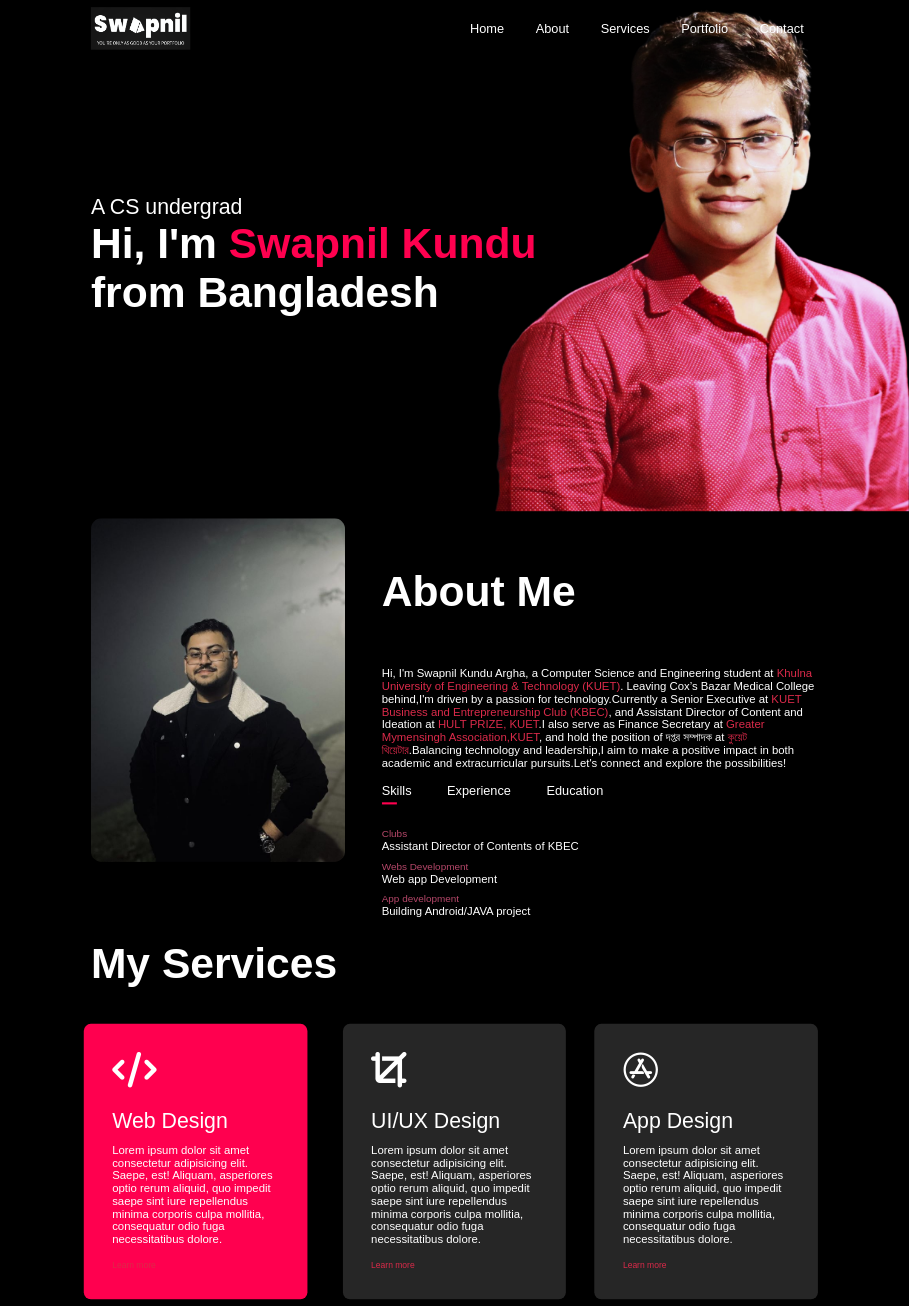
Repository: SwapnilKundu/portfolio
Page: index.html
An editor plug-in stored every save of this project. The page is shown before and after the next save, followed by the edit.
The browser window is 1280 px wide. The pictures show the whole page, at 71% of full size.
The pointer rests on the first visible `.services-list div`.
Some web libraries are served in a nearby version.

Above is the page before, as saved 2024-01-20 10:24:30.

### index.html
<!DOCTYPE html>
<html lang="en">
<head>
    <meta charset="UTF-8">
    <meta name="viewport" content="width=device-width, initial-scale=1.0">
    <title>Personal Portfolio Website</title>
    <link rel="stylesheet" href="style.css">
    <script src="https://kit.fontawesome.com/74456a4746.js" crossorigin="anonymous"></script>
</head>
<body>
  <div id="header">
    <div class="container">
        <nav>
            <img src="images/logo1.png" class="logo" width="40" height="60">
            <ul>
                <li><a href ="#">Home</a></li>
                <li><a href ="#">About</a></li>
                <li><a href ="#">Services</a></li>
                <li><a href ="#">Portfolio</a></li>
                <li><a href ="#">Contact</a></li>
            </ul>
        </nav>
        <div class="header-text">
            <p>A CS undergrad </p>
            <h1>Hi, I'm <span>Swapnil Kundu</span> <br> from Bangladesh</h1>
        </div>
    </div>
  </div>
  <div id="about">
    <div class="container">
        <div class="row">
            <div class="about-col-1">
                <img src="images/Aboutme4.jpg" alt="Profile Image">
            </div>
            <div class="about-col-2">
                <h1 class="sub-title"><br>About Me</h1>
                <p>
                    <br><br><br><br>Hi, I'm Swapnil Kundu Argha, a Computer Science and Engineering student at <a href="http://www.kuet.ac.bd/" target="_blank">Khulna University of Engineering & Technology (KUET)</a>. Leaving Cox’s Bazar Medical College behind,I'm driven by a passion for technology.Currently a Senior Executive at <a href="https://www.facebook.com/KBEC.official">KUET Business and Entrepreneurship Club (KBEC)</a>, and Assistant Director of Content and Ideation at <a href="https://scontent.fjsr8-1.fna.fbcdn.net/v/t39.30808-6/414475463_878653704262850_605489790676270348_n.jpg?_nc_cat=106&ccb=1-7&_nc_sid=dd5e9f&_nc_eui2=AeG7qaCzWQGluZMTMKWtrD6ipcnI0dawWuilycjR1rBa6PLkHzdtJERiOyrmRQaxy3TT_q5vz9qIQ5m4l8xfiGP6&_nc_ohc=qg8Pu4EAUVYAX9avaA_&_nc_ht=scontent.fjsr8-1.fna&oh=00_AfBZ6Lqa5248mqS64WxhR3KxGRhN1UCrqkgUgA0V5dsZlw&oe=65AF45DF">HULT PRIZE, KUET</a>.I also serve as Finance Secretary at <a href="#link-to-GMA">Greater Mymensingh Association,KUET</a>, and hold the position of দপ্তর সম্পাদক at <a href="#link-to-theater">কুয়েট থিয়েটার</a>.Balancing technology and leadership,I aim to make a positive impact in both academic and extracurricular pursuits.Let's connect and explore the possibilities!
                </p>

                <div class="tab-titles">
                    <p class="tab-links active" onclick="opentab('skills')">Skills</p>
                    <p class="tab-links" onclick="opentab('experience')">Experience</p>
                    <p class="tab-links"onclick="opentab('education')">Education</p>
            </div>
            <div class="tab-contents active-tab"id ="skills">
                <ul>
                    <li><span>Clubs</span><br>Assistant Director of Contents of KBEC</li>
                    <li><span>Webs Development</span><br>Web app Development</li>
                    <li><span>App development</span><br>Building Android/JAVA project</li>
                </ul>
            </div>
            <div class="tab-contents" id ="experience">
                <ul>
                    <li><span>2022-Current</span><br>An Active member of KBEC</li>
                    <li><span>2023-Semester 2.2</span><br>App Development by JAVA</li>
                    <li><span>2024-Semester 3.1</span><br>Web Development by HTML,CSS,JAVA</li>
                    <li><span>2022-Current</span><br>An Active member of KBEC</li>

                </ul>
            </div>

            <div class="tab-contents" id ="education">
                <ul>
                    <li><span>2018</span><br>SSC from Mymensingh Zilla School,Mymensingh</li>
                        <li><span>2020</span><br>HSC from Ananda Mohan College,Mymensingh</li>
                        <li><span>From March,2022</span><br>Currently studying BSc in CSE department</li>
                </ul>
            </div>
        </div>
    </div>
  </div>

  <div id="Services">
    <div class ="container">
    <h1 class="sub-title">My Services</h1>
    <div class ="services-list">

        <div>
            <i class="fa-solid fa-code"></i>
            <h2>
                Web Design
            </h2>
            <p>Lorem ipsum dolor sit amet consectetur adipisicing elit. Saepe, est! Aliquam, asperiores optio rerum aliquid, quo impedit saepe sint iure repellendus minima corporis culpa mollitia, consequatur odio fuga necessitatibus dolore.

            </p>
            <a href="#">Learn more</a>
        </div>
        <div>
            <i class="fa-solid fa-crop"></i>
            <h2>
                UI/UX Design
            </h2>
            <p>Lorem ipsum dolor sit amet consectetur adipisicing elit. Saepe, est! Aliquam, asperiores optio rerum aliquid, quo impedit saepe sint iure repellendus minima corporis culpa mollitia, consequatur odio fuga necessitatibus dolore.

            </p>
            <a href="#">Learn more</a>
        </div>
        <div>
            <i class="fa-brands fa-app-store"></i>
            <h2>

                App Design
            </h2>
            <p>Lorem ipsum dolor sit amet consectetur adipisicing elit. Saepe, est! Aliquam, asperiores optio rerum aliquid, quo impedit saepe sint iure repellendus minima corporis culpa mollitia, consequatur odio fuga necessitatibus dolore.

            </p>
            <a href="#">Learn more</a>
        </div>
        </div>
    </div>
  </div>
  <script>
    var tablinks = document.querySelectorAll(".tab-links");
    var tabcontents = document.querySelectorAll(".tab-contents");

    function opentab(tabname) {
        for (tablink of tablinks) {
            tablink.classList.remove("active-link");
        }

        for (tabcontent of tabcontents) {
            tabcontent.classList.remove("active-tab");
        }

        var activeTab = document.getElementById(tabname);
        activeTab.classList.add("active-tab");

        var activeLink = document.querySelector(`.tab-links[data-tab="${tabname}"]`);
        activeLink.classList.add("active-link");
    }
</script>

</body>
</html>

### style.css
*
{
    margin: 0;
    padding: 0;
    font-family: 'Poppins',sans-serif;
    box-sizing: border-box;
}

body
{
    background: #000;
    color: #fff;
}
#header
{
    width: 100%;
    height: 100vh;
    background-image: url(images/ccc2.png);
    background-size: cover;
    background-position: left;
    background-repeat: no-repeat;
    overflow: hidden;
}
.container
{
padding: 10px 10%;
}
nav{
    display: flex;
    align-items: center;
    justify-content: space-between;
    flex-wrap: wrap;
}
.logo{
    width: 140px;
}

nav ul li{
    display:inline-block;
    list-style: none;
    margin: 10px 20px;

}
nav ul li a{
    color: #fff;
    text-decoration:none ;
    font-size: 18px;
    position: relative;
}

nav ul li a::after
{
    content: '';
    width:0;
    height:3px;
    background:#ff004f;
    position: absolute;
    left: 0;
    bottom: -6px;
    transition: 0.5s;

}
nav ul li a:hover::after
{
    width:100%;
}
.header-text{
    margin-top: 20%;
    font-size: 30px;
}
.header-text h1
{
    font-size:60px;
}
.header-text h1 span
{
    color:#ff004f;
}

#about a {
    color: #db2a4a;
    text-decoration: none;
}

#about a:hover {
    color: #ababab;
}
.row
{
    display: flex;
    justify-content: space-between;
    flex-wrap: wrap;
}

.about-col-1{
    flex-basis:35%;
}
.about-col-1 img
{
    width: 100%;
    border-radius: 15px;
}

.about-col-2
{
    flex-basis: 60%;
}

.sub-title
{
    font-size:60px;
    font-weight:600;
    color:#fff;
}

.tab-titles {
    display: flex;
    margin: 20px 0 40px;
}

.tab-links {
    margin-right: 50px;
    font-size: 18px;
    font-weight: 500;
    cursor: pointer;
    position: relative;
    color: #fff;
    text-decoration: none;
    transition: color 0.5s;
}

.tab-links::after {
    content: '';
    width: 0;
    height: 3px;
    background: #ff004f;
    position: absolute;
    left: 0;
    bottom: -8px;
    transition: 0.5s;
}

.tab-links:hover {
    color: #ff004f; /* Change the color on hover */
}

.tab-links.active::after {
    width: 50%;
}
.tab-contents ul li
{
    list-style:none;
    margin:10px 0;
}
.tab-contents ul li span
{
    color:#b54769;
    font-size: 14px;
}
.tab-contents
{
    display: none;
}
.tab-contents.active-tab
{
    display: block;
}




#services-list
{

    padding :30px 0;
}
.services-list
{
    display:grid;
    grid-template-columns: repeat(auto-fit,minmax(250px, 1fr));
    grid-gap:40px;
    margin-top: 50px;
}
.services-list div{
    background:#262626;
    padding: 40px;
    font: size 13px;
    font-weight: 300;
    border-radius:10px;
    transition: background 0.5s,transform 0.5s;
}
.services-list div i
{
    font-size: 50px;
    margin-bottom: 30px;
}
.services-list div h2
{
    font-size:  30px;
    font-weight: 500;
    margin-bottom:15px;

}
.services-list div a{
    text-decoration: none;
    color:#fff;
    font-size: 12px;
    margin-top: 20px;
    display: inline-block;
}
.services-list div:hover
{
    background:#ff004f;
    transform: translate(-10px);
}

After the next save:
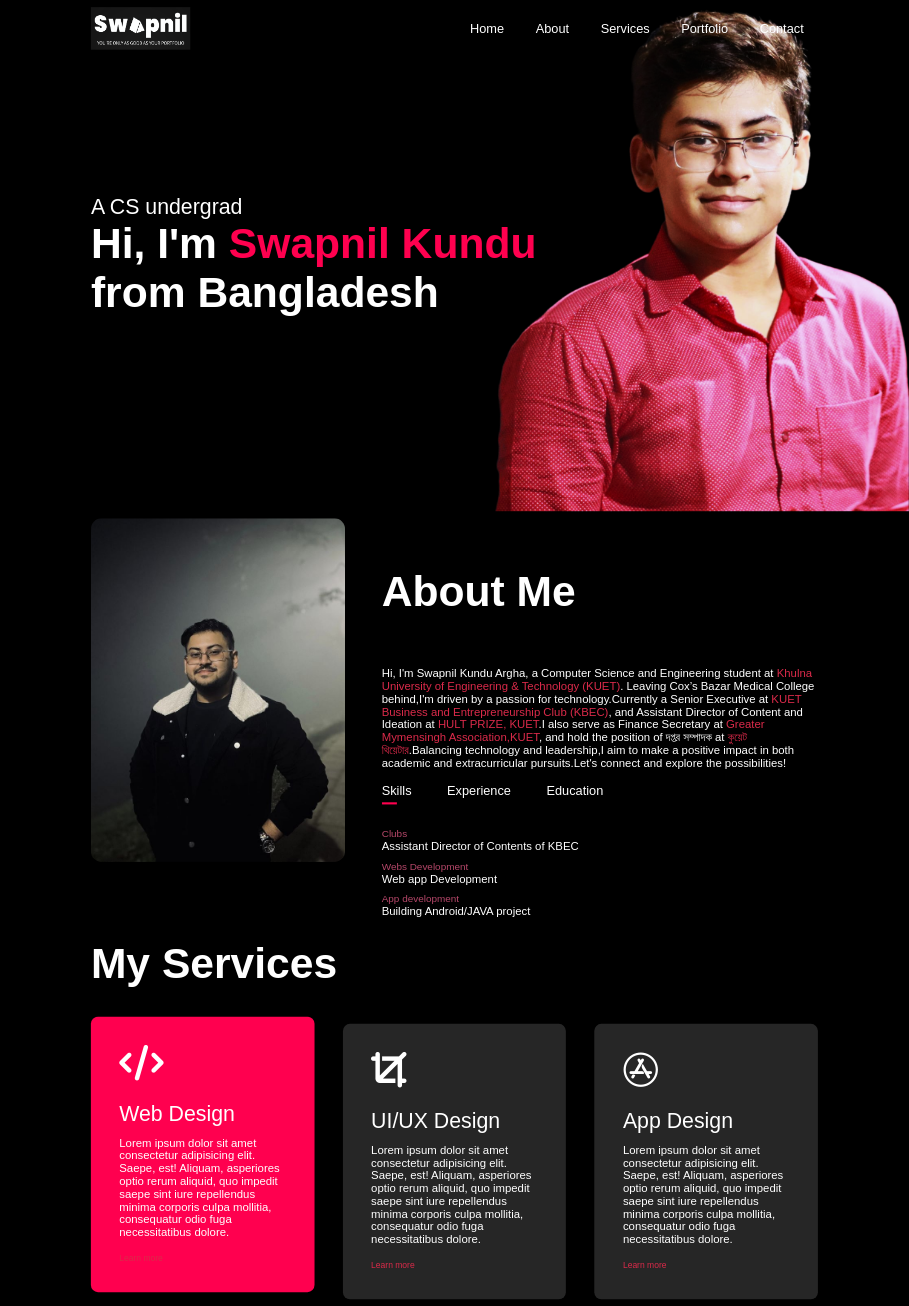
Saved 34 s later.
--- a/style.css
+++ b/style.css
@@ -211,5 +211,5 @@ nav ul li a:hover::after
 .services-list div:hover
 {
     background:#ff004f;
-    transform: translate(-10px);
-}
+    transform: translateY(-10px);
+}
